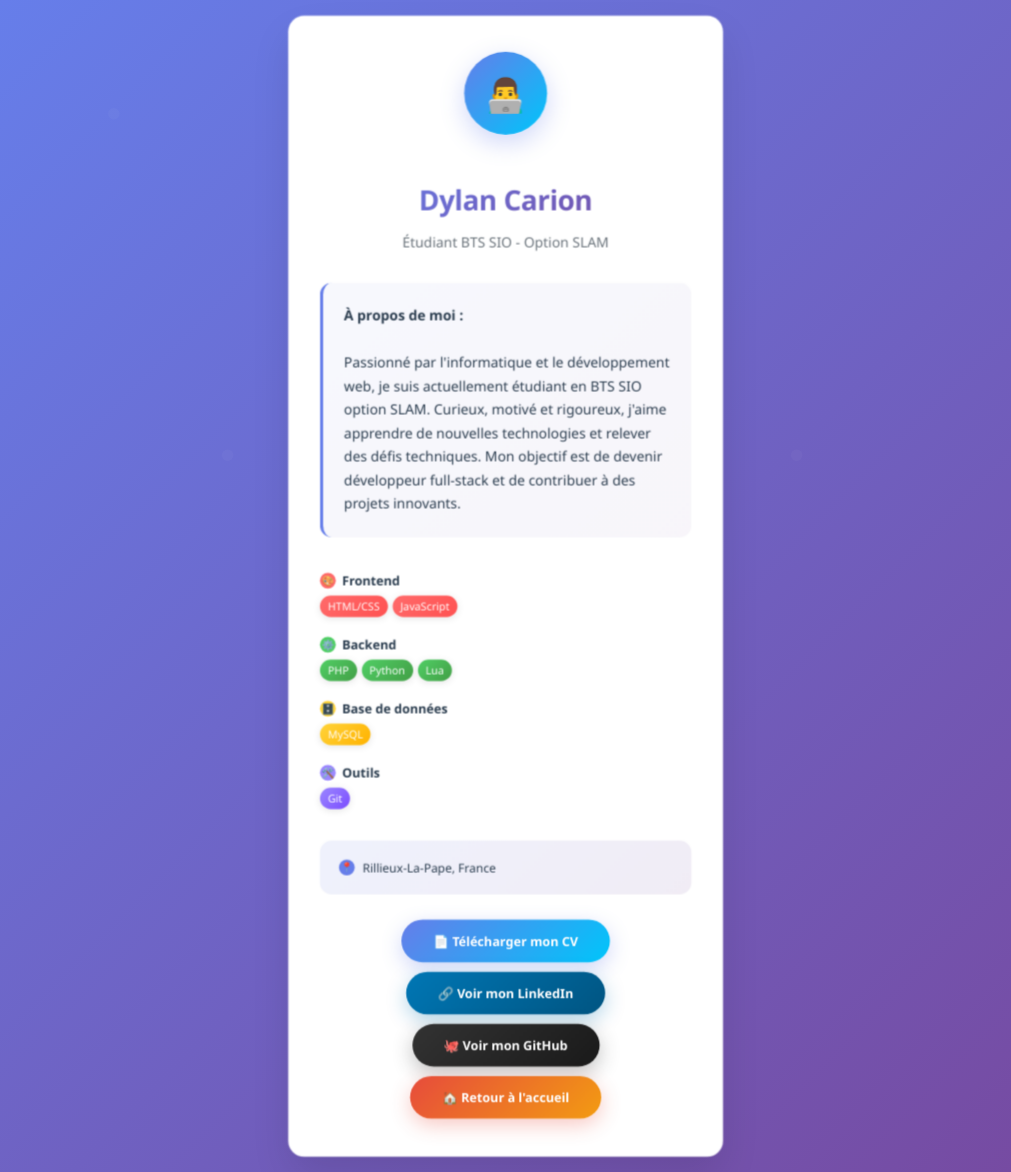
Repository: gato2fraises/Portfolio
Page: cv.html
An editor plug-in stored every save of this project. The page is shown before and after the next save, followed by the edit.
The browser window is 1280 px wide. The pictures show the whole page, at 79% of full size.

Above is the page before, as saved 2025-09-10 14:02:05.

### cv.html
<!DOCTYPE html>
<html lang="fr">
<head>
    <meta charset="UTF-8">
    <title>Dylan Carion - CV</title>
    <meta name="viewport" content="width=device-width, initial-scale=1">
    <style>
        :root {
            --primary: #667eea;
            --secondary: #764ba2;
            --accent: #00c6fb;
            --linkedin: #0077b5;
            --github: #333333;
            --frontend: #ff6b6b;
            --backend: #51cf66;
            --database: #ffd43b;
            --tools: #9c88ff;
            --text: #2c3e50;
            --text-light: #6c757d;
            --white: #ffffff;
            --shadow: rgba(0, 0, 0, 0.1);
        }

        * {
            box-sizing: border-box;
            margin: 0;
            padding: 0;
        }

        body {
            font-family: 'Segoe UI', Tahoma, Geneva, Verdana, sans-serif;
            background: linear-gradient(135deg, var(--primary) 0%, var(--secondary) 100%);
            min-height: 100vh;
            display: flex;
            align-items: center;
            justify-content: center;
            padding: 20px;
            position: relative;
            overflow-x: auto;
        }

        /* Animation de fond */
        body::before {
            content: '';
            position: fixed;
            top: 0;
            left: 0;
            width: 100%;
            height: 100%;
            background: url('data:[embedded picture, 425 characters]');
            pointer-events: none;
            z-index: 0;
        }

        .container {
            background: var(--white);
            padding: 3em 2.5em;
            border-radius: 20px;
            max-width: 550px;
            width: 100%;
            box-shadow:
                0 25px 50px var(--shadow),
                0 0 0 1px rgba(255, 255, 255, 0.2);
            backdrop-filter: blur(10px);
            text-align: center;
            position: relative;
            z-index: 1;
            animation: slideInUp 0.8s cubic-bezier(0.16, 1, 0.3, 1);
        }

        @keyframes slideInUp {
            from {
                opacity: 0;
                transform: translateY(50px);
            }
            to {
                opacity: 1;
                transform: translateY(0);
            }
        }

        .profile-section {
            margin-bottom: 2.5em;
        }

        .avatar {
            width: 100px;
            height: 100px;
            border-radius: 50%;
            background: linear-gradient(135deg, var(--primary), var(--accent));
            margin: 0 auto 1.5em;
            display: flex;
            align-items: center;
            justify-content: center;
            font-size: 2.5em;
            color: var(--white);
            box-shadow: 0 10px 30px rgba(102, 126, 234, 0.3);
            animation: pulse 2s ease-in-out infinite;
        }

        @keyframes pulse {
            0%, 100% {
                transform: scale(1);
            }
            50% {
                transform: scale(1.05);
            }
        }

        h1 {
            color: var(--text);
            font-size: 2.2em;
            margin-bottom: 0.5em;
            font-weight: 700;
            letter-spacing: -0.5px;
            background: linear-gradient(135deg, var(--primary), var(--secondary));
            -webkit-background-clip: text;
            -webkit-text-fill-color: transparent;
            background-clip: text;
        }

        .subtitle {
            color: var(--text-light);
            font-size: 1.1em;
            margin-bottom: 2em;
            font-weight: 500;
        }

        .description {
            color: var(--text);
            font-size: 1.1em;
            line-height: 1.7;
            margin-bottom: 2.5em;
            text-align: left;
            background: linear-gradient(135deg, rgba(102, 126, 234, 0.05), rgba(118, 75, 162, 0.05));
            padding: 1.5em;
            border-radius: 15px;
            border-left: 4px solid var(--primary);
        }

        .skills-section {
            margin-bottom: 2.5em;
        }

        .skill-category {
            margin-bottom: 1.5em;
            text-align: left;
        }

        .skill-category:last-child {
            margin-bottom: 0;
        }

        .category-title {
            font-size: 1em;
            font-weight: 600;
            color: var(--text);
            margin-bottom: 8px;
            display: flex;
            align-items: center;
            gap: 8px;
        }

        .category-icon {
            width: 20px;
            height: 20px;
            border-radius: 50%;
            display: flex;
            align-items: center;
            justify-content: center;
            font-size: 0.8em;
            color: var(--white);
        }

        .frontend .category-icon {
            background: var(--frontend);
        }

        .backend .category-icon {
            background: var(--backend);
        }

        .database .category-icon {
            background: var(--database);
        }

        .tools .category-icon {
            background: var(--tools);
        }

        .skills {
            display: flex;
            flex-wrap: wrap;
            gap: 6px;
        }

        .skill-tag {
            color: var(--white);
            padding: 4px 10px;
            border-radius: 15px;
            font-size: 0.85em;
            font-weight: 500;
            box-shadow: 0 2px 8px rgba(0, 0, 0, 0.1);
            transition: transform 0.2s ease;
        }

        .skill-tag:hover {
            transform: translateY(-2px);
        }

        .frontend .skill-tag {
            background: linear-gradient(135deg, var(--frontend), #ff5252);
        }

        .backend .skill-tag {
            background: linear-gradient(135deg, var(--backend), #43a047);
        }

        .database .skill-tag {
            background: linear-gradient(135deg, var(--database), #ffb300);
        }

        .tools .skill-tag {
            background: linear-gradient(135deg, var(--tools), #7c4dff);
        }

        .contact-info {
            margin-bottom: 2em;
            padding: 1.5em;
            background: linear-gradient(135deg, rgba(102, 126, 234, 0.1), rgba(118, 75, 162, 0.1));
            border-radius: 15px;
            text-align: left;
        }

        .contact-item {
            display: flex;
            align-items: center;
            gap: 10px;
            margin-bottom: 10px;
            color: var(--text);
            font-size: 0.95em;
        }

        .contact-item:last-child {
            margin-bottom: 0;
        }

        .contact-icon {
            width: 20px;
            height: 20px;
            display: flex;
            align-items: center;
            justify-content: center;
            background: var(--primary);
            color: var(--white);
            border-radius: 50%;
            font-size: 0.8em;
        }

        .buttons {
            display: flex;
            flex-direction: column;
            gap: 12px;
            align-items: center;
        }

        .btn {
            display: inline-block;
            padding: 1em 2.5em;
            text-decoration: none;
            border-radius: 50px;
            font-weight: 600;
            font-size: 1em;
            transition: all 0.3s cubic-bezier(0.4, 0, 0.2, 1);
            position: relative;
            overflow: hidden;
            min-width: 200px;
            text-align: center;
        }

        .btn::before {
            content: '';
            position: absolute;
            top: 0;
            left: -100%;
            width: 100%;
            height: 100%;
            background: linear-gradient(90deg, transparent, rgba(255, 255, 255, 0.2), transparent);
            transition: left 0.5s;
        }

        .btn:hover::before {
            left: 100%;
        }

        .btn-primary {
            background: linear-gradient(135deg, var(--primary) 0%, var(--accent) 100%);
            color: var(--white);
            box-shadow: 0 8px 25px rgba(102, 126, 234, 0.3);
        }

        .btn-primary:hover {
            transform: translateY(-3px);
            box-shadow: 0 15px 35px rgba(102, 126, 234, 0.4);
        }

        .btn-linkedin {
            background: linear-gradient(135deg, var(--linkedin) 0%, #005582 100%);
            color: var(--white);
            box-shadow: 0 8px 25px rgba(0, 119, 181, 0.3);
        }

        .btn-linkedin:hover {
            transform: translateY(-3px);
            box-shadow: 0 15px 35px rgba(0, 119, 181, 0.4);
        }

        .btn-github {
            background: linear-gradient(135deg, var(--github) 0%, #1a1a1a 100%);
            color: var(--white);
            box-shadow: 0 8px 25px rgba(51, 51, 51, 0.3);
        }

        .btn-github:hover {
            transform: translateY(-3px);
            box-shadow: 0 15px 35px rgba(51, 51, 51, 0.4);
        }

        .btn-secondary {
            background: linear-gradient(135deg, #e74c3c 0%, #f39c12 100%);
            color: var(--white);
            box-shadow: 0 8px 25px rgba(231, 76, 60, 0.3);
        }

        .btn-secondary:hover {
            transform: translateY(-3px);
            box-shadow: 0 15px 35px rgba(231, 76, 60, 0.4);
        }

        @media (max-width: 600px) {
            .container {
                padding: 2em 1.5em;
                max-width: 95vw;
                border-radius: 15px;
            }

            h1 {
                font-size: 1.8em;
            }

            .avatar {
                width: 80px;
                height: 80px;
                font-size: 2em;
            }

            .description {
                font-size: 1em;
                padding: 1.2em;
            }

            .btn {
                width: 100%;
                min-width: auto;
            }

            .skills {
                gap: 4px;
            }

            .skill-tag {
                font-size: 0.75em;
                padding: 3px 8px;
            }

            .category-title {
                font-size: 0.9em;
            }
        }

        @media (max-width: 400px) {
            .container {
                padding: 1.5em 1em;
            }

            h1 {
                font-size: 1.6em;
            }

            .btn {
                font-size: 0.9em;
                padding: 0.9em 2em;
            }
        }
    </style>
</head>
<body>
    <div class="container">
        <div class="profile-section">
            <div class="avatar">👨‍💻</div>
            <h1>Dylan Carion</h1>
            <div class="subtitle">Étudiant BTS SIO - Option SLAM</div>
        </div>

        <div class="description">
            <strong>À propos de moi :</strong><br><br>
            Passionné par l'informatique et le développement web, je suis actuellement étudiant en BTS SIO option SLAM.
            Curieux, motivé et rigoureux, j'aime apprendre de nouvelles technologies et relever des défis techniques.
            Mon objectif est de devenir développeur full-stack et de contribuer à des projets innovants.
        </div>

        <div class="skills-section">
            <div class="skill-category frontend">
                <div class="category-title">
                    <div class="category-icon">🎨</div>
                    <span>Frontend</span>
                </div>
                <div class="skills">
                    <span class="skill-tag">HTML/CSS</span>
                    <span class="skill-tag">JavaScript</span>
                </div>
            </div>

            <div class="skill-category backend">
                <div class="category-title">
                    <div class="category-icon">⚙️</div>
                    <span>Backend</span>
                </div>
                <div class="skills">
                    <span class="skill-tag">PHP</span>
                    <span class="skill-tag">Python</span>
                    <span class="skill-tag">Lua</span>
                </div>
            </div>

            <div class="skill-category database">
                <div class="category-title">
                    <div class="category-icon">🗄️</div>
                    <span>Base de données</span>
                </div>
                <div class="skills">
                    <span class="skill-tag">MySQL</span>
                </div>
            </div>

            <div class="skill-category tools">
                <div class="category-title">
                    <div class="category-icon">🛠️</div>
                    <span>Outils</span>
                </div>
                <div class="skills">
                    <span class="skill-tag">Git</span>
                </div>
            </div>
        </div>

        <div class="contact-info">
            <div class="contact-item">
                <div class="contact-icon">📍</div>
                <span>Rillieux-La-Pape, France</span>
            </div>
        </div>

        <div class="buttons">
            <a href="document/cv.pdf" class="btn btn-primary" download>
                📄 Télécharger mon CV
            </a>
            <a href="https://linkedin.com/in/dylan-carion-98318a208" class="btn btn-linkedin" target="_blank" rel="noopener noreferrer">
                🔗 Voir mon LinkedIn
            </a>
            <a href="https://github.com/gato2fraises" class="btn btn-github" target="_blank" rel="noopener noreferrer">
                🐙 Voir mon GitHub
            </a>
            <a href="Page.html" class="btn btn-secondary">
                🏠 Retour à l'accueil
            </a>
        </div>
    </div>
</body>
</html>

After the next save:
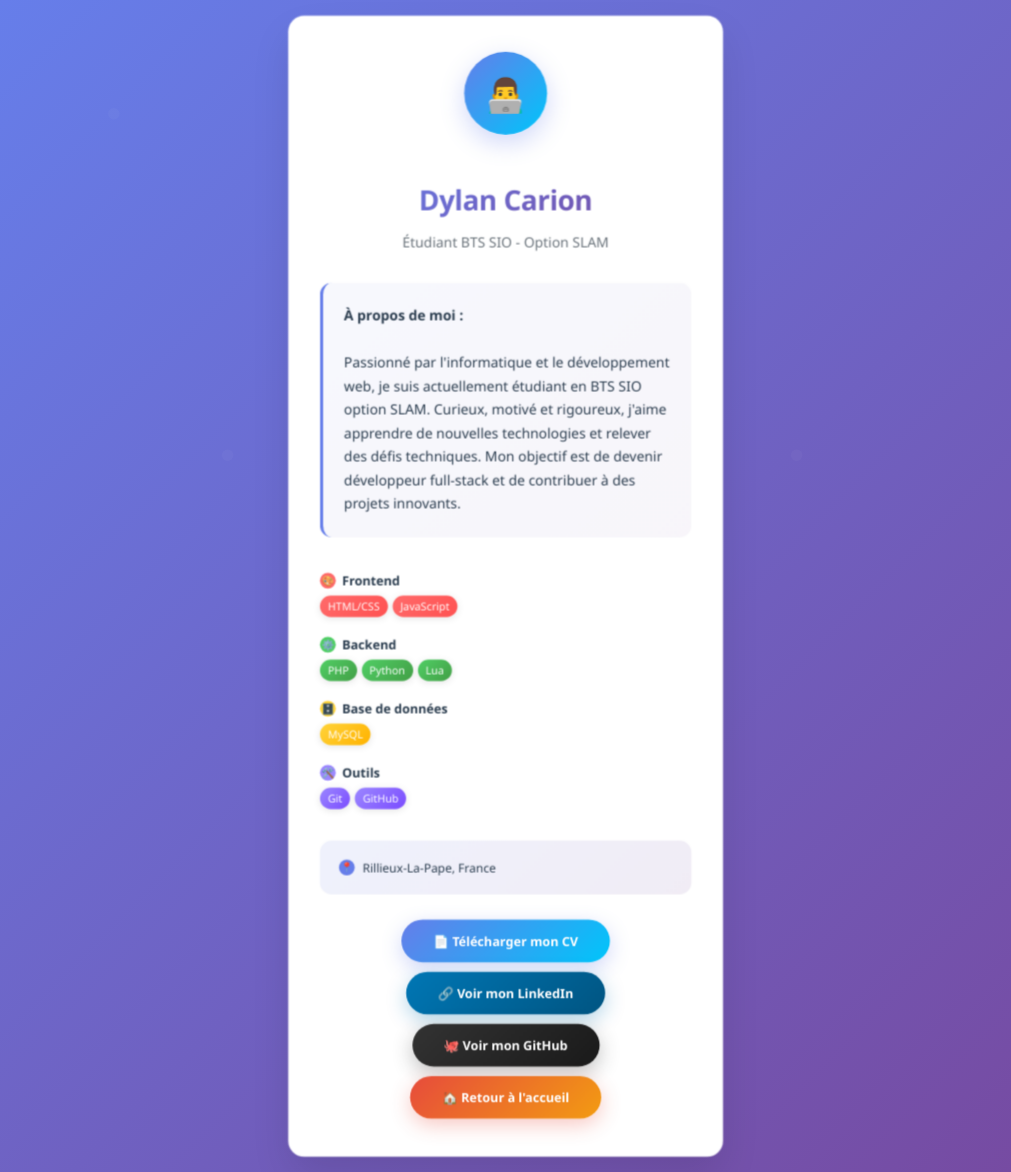
Saved 98 s later.
--- a/cv.html
+++ b/cv.html
@@ -450,6 +450,7 @@
                 </div>
                 <div class="skills">
                     <span class="skill-tag">Git</span>
+                    <span class="skill-tag">GitHub</span>
                 </div>
             </div>
         </div>
